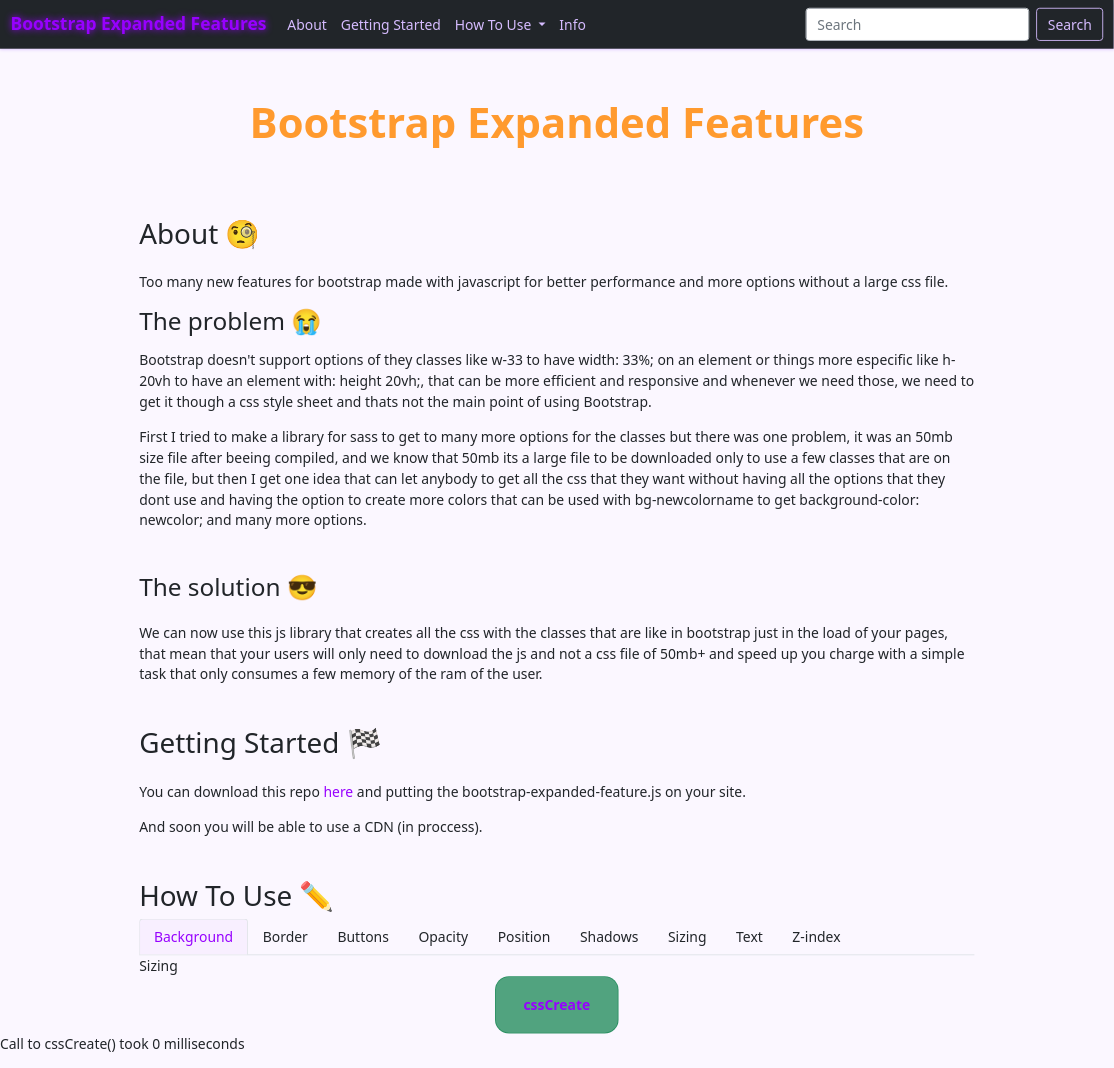
Repository: LynxPardelle/bootstrap-expanded-features
Page: index.html
An editor plug-in stored every save of this project. The page is shown before and after the next save, followed by the edit.
The browser window is 1280 px wide. The pictures show the whole page, at 87% of full size.

Above is the page before, as saved 2022-01-02 04:55:00.

After the next save:
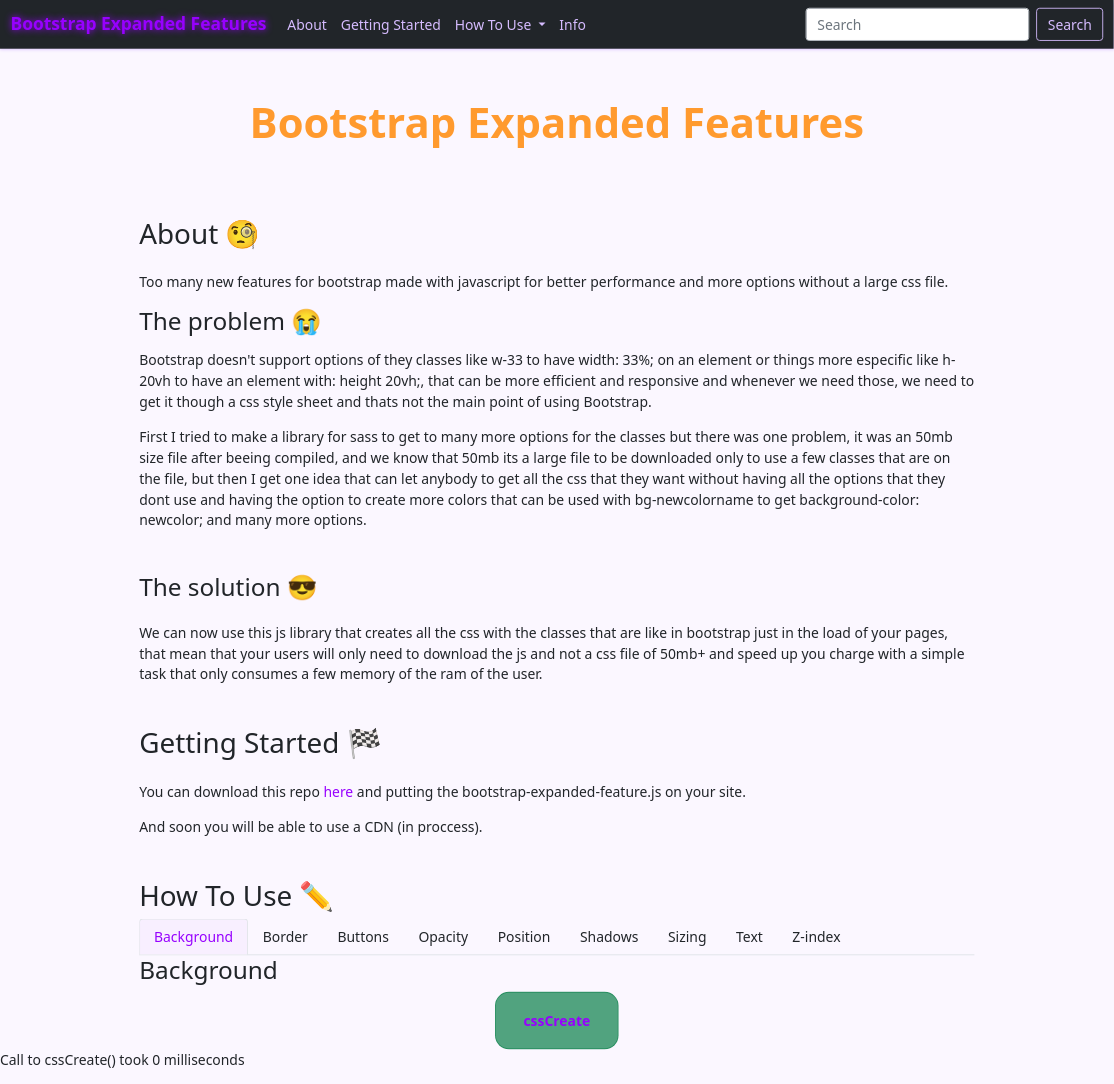
Saved 38 s later.
--- a/index.html
+++ b/index.html
@@ -351,7 +351,7 @@
             </nav>
             <div class="tab-content" id="nav-tabContent">
               <div
-                class="tab-pane fade"
+                class="tab-pane fade show active"
                 id="nav-background"
                 role="tabpanel"
                 aria-labelledby="nav-background-tab"
@@ -399,7 +399,7 @@
                 Shadows
               </div>
               <div
-                class="tab-pane fade show active"
+                class="tab-pane fade"
                 id="nav-sizing"
                 role="tabpanel"
                 aria-labelledby="nav-sizing-tab"
